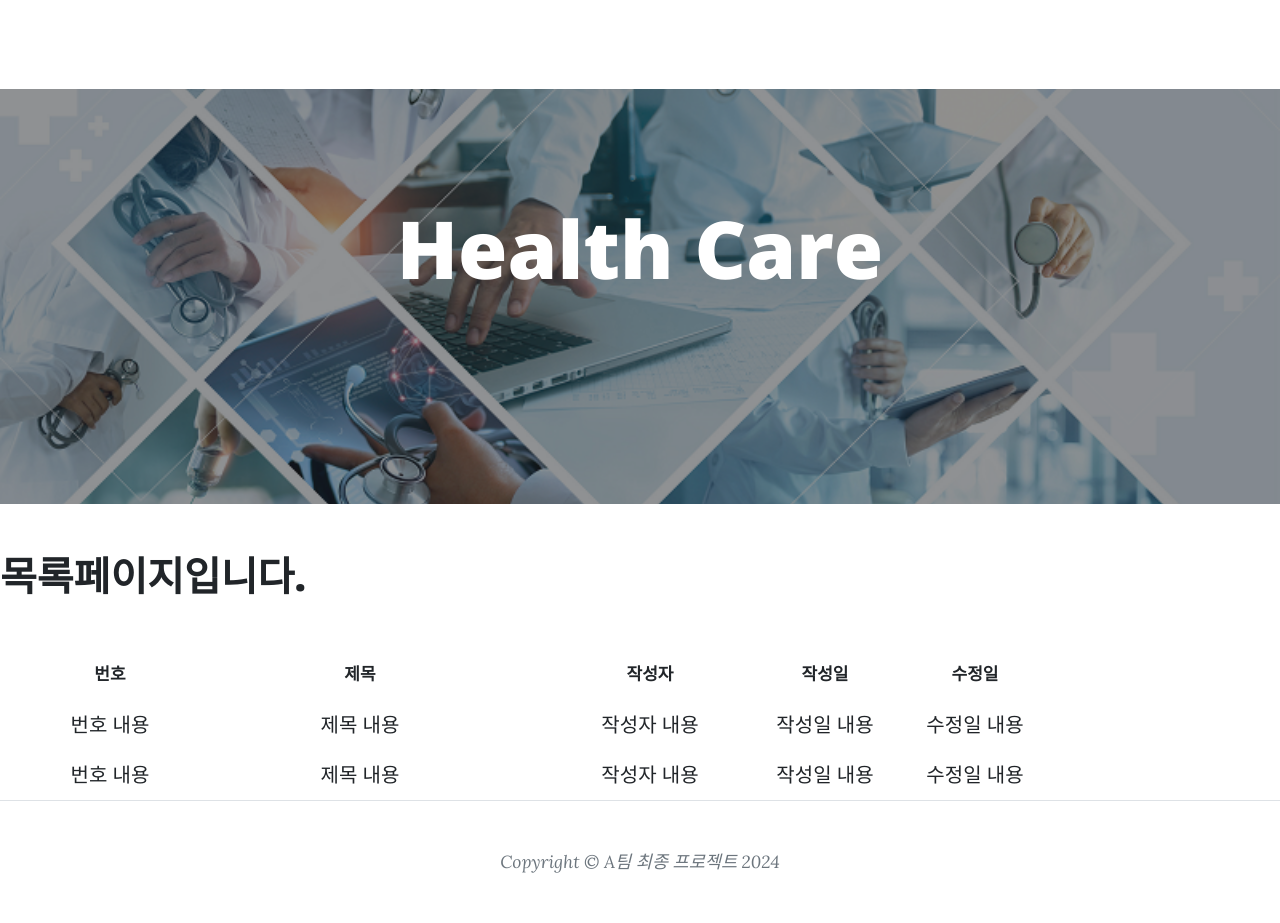
Repository: honsb91/project
Page: http://localhost/hospital/admin/notice.jsp
The author's editor kept a copy of each file at every save. The page is drawn from the files as they stood at one save, then again after the next save.
The browser window is 1280 px wide. The pictures show the whole page.
Some web libraries are served in a nearby version. The page is served by Tomcat 9. Nobody is signed in. The application's start-up code is not run. The template is opened directly, without the code that normally fills it, so the values that code supplies are empty.

Above is the page before, as saved 2024-02-05 03:29:03.

After the next save:
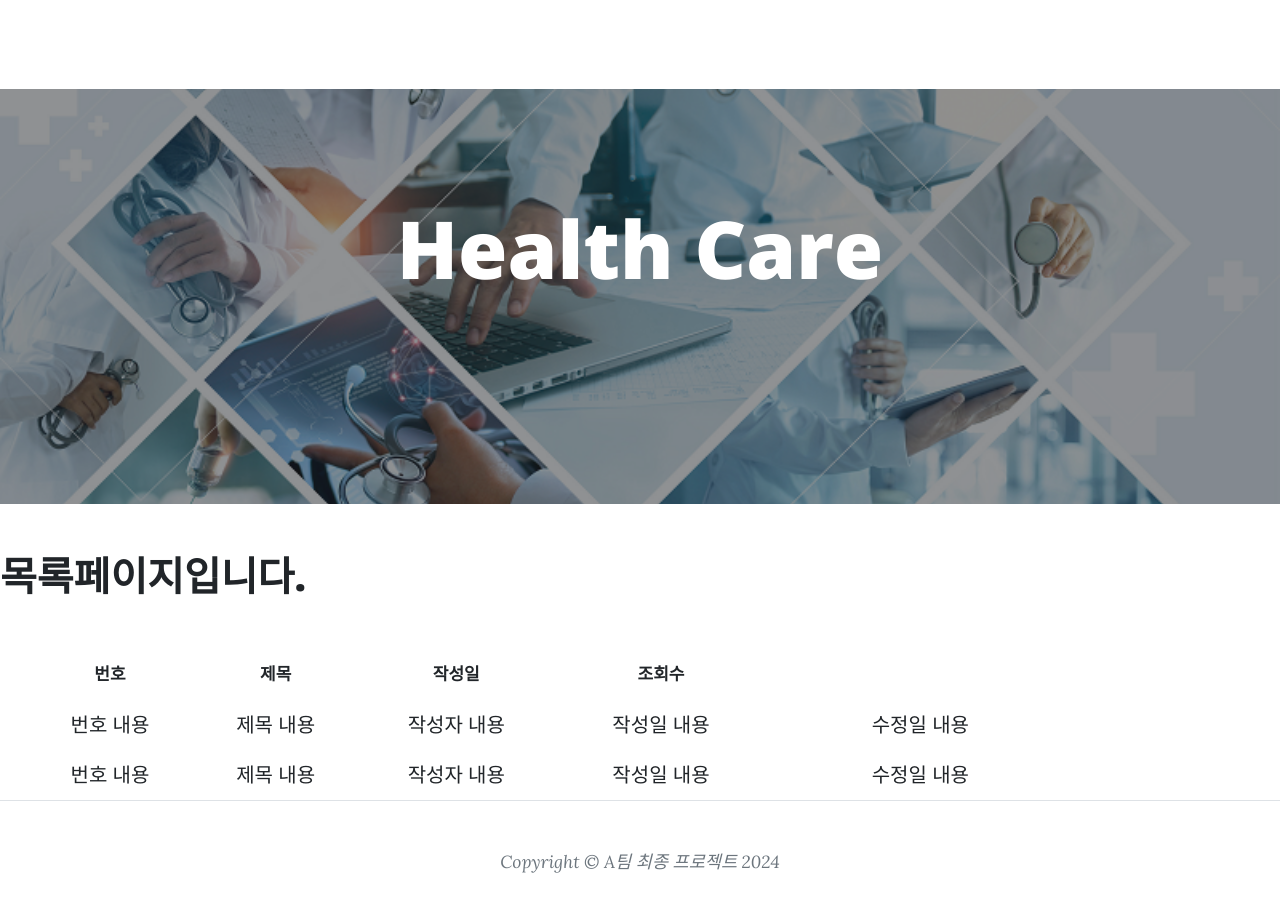
Saved 4 min 8 s later.
--- a/hospital/src/main/webapp/admin/notice.jsp
+++ b/hospital/src/main/webapp/admin/notice.jsp
@@ -67,9 +67,8 @@
 			<tr>
 				<th class="bno_width">번호</th>
 				<th class="title_width">제목</th>
-				<th class="writer_width">작성자</th>
 				<th class="regdate_width">작성일</th>
-				<th class="updatedate_width">수정일</th>
+				<th class="views_width">조회수</th>
 			</tr>
 		</thead>
 			<tr>
